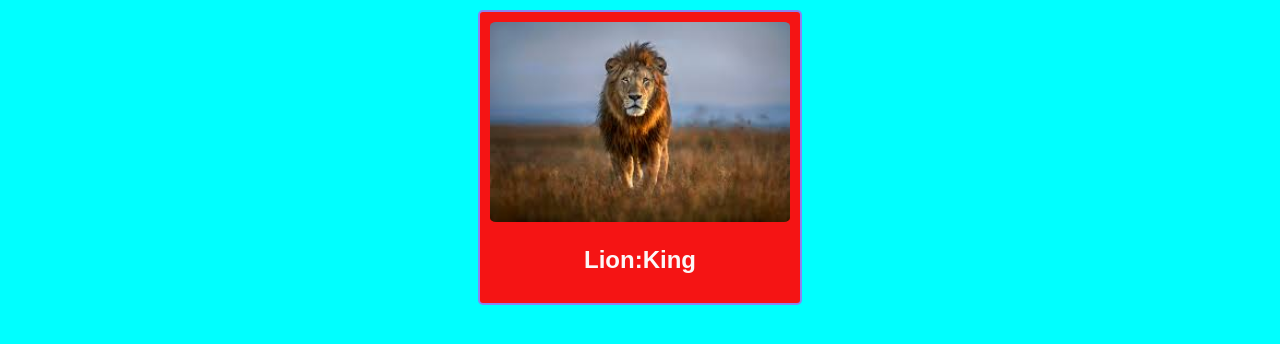
Repository: KingBoyMaylow/Animal-trading-card
Page: index.html
The author's editor kept a copy of each file at every save. The page is drawn from the files as they stood at one save, then again after a run of saves.
The browser window is 1280 px wide. The pictures show the whole page.

Above is the page before, as saved 2024-05-13 22:01:51.

### index.html
<!DOCTYPE html>
<html lang="en">
<head>
    <meta charset="UTF-8">
    <meta name="viewport" content="width=device-width, initial-scale=1.0">
    <title>Document</title>
</head>
<body>
    <style>
    body {
        font-family: Arial, sans-serif;
        text-align: center;
        background-color: aqua;
    }
    .card {
        width: 300px;
        border: 2px solid #8a83f1;
        border-radius: 5px;
        margin: 10px auto;
        padding: 10px;
        background-color: #f51414;
    }
    .card img {
        width: 100%;
        border-radius: 2%;
        height: -70px;
    }
    .card h2 {
        color: #fcf7f7;
    }
    .card p {
        color: #666;
    }
</style>
</head>
<body>
    <div class="card">
        <img src="lion.jpeg" alt="Lion">
        <h2>Lion:King</h2>
    </div>
</body>
</html>

After the next 2 saves:
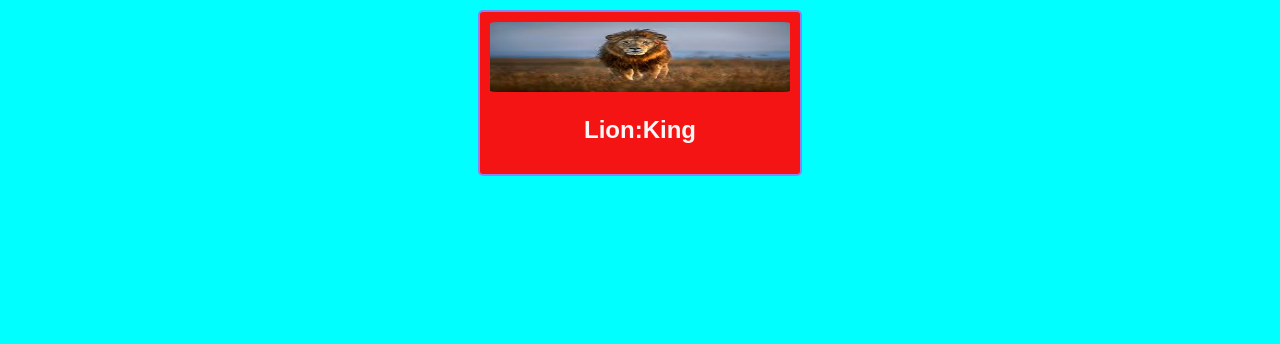
The 2 saves are shown as one change because they came seconds apart.
The last was saved 14 s later.
--- a/index.html
+++ b/index.html
@@ -23,7 +23,7 @@
     .card img {
         width: 100%;
         border-radius: 2%;
-        height: -70px;
+        height:70px;
     }
     .card h2 {
         color: #fcf7f7;
